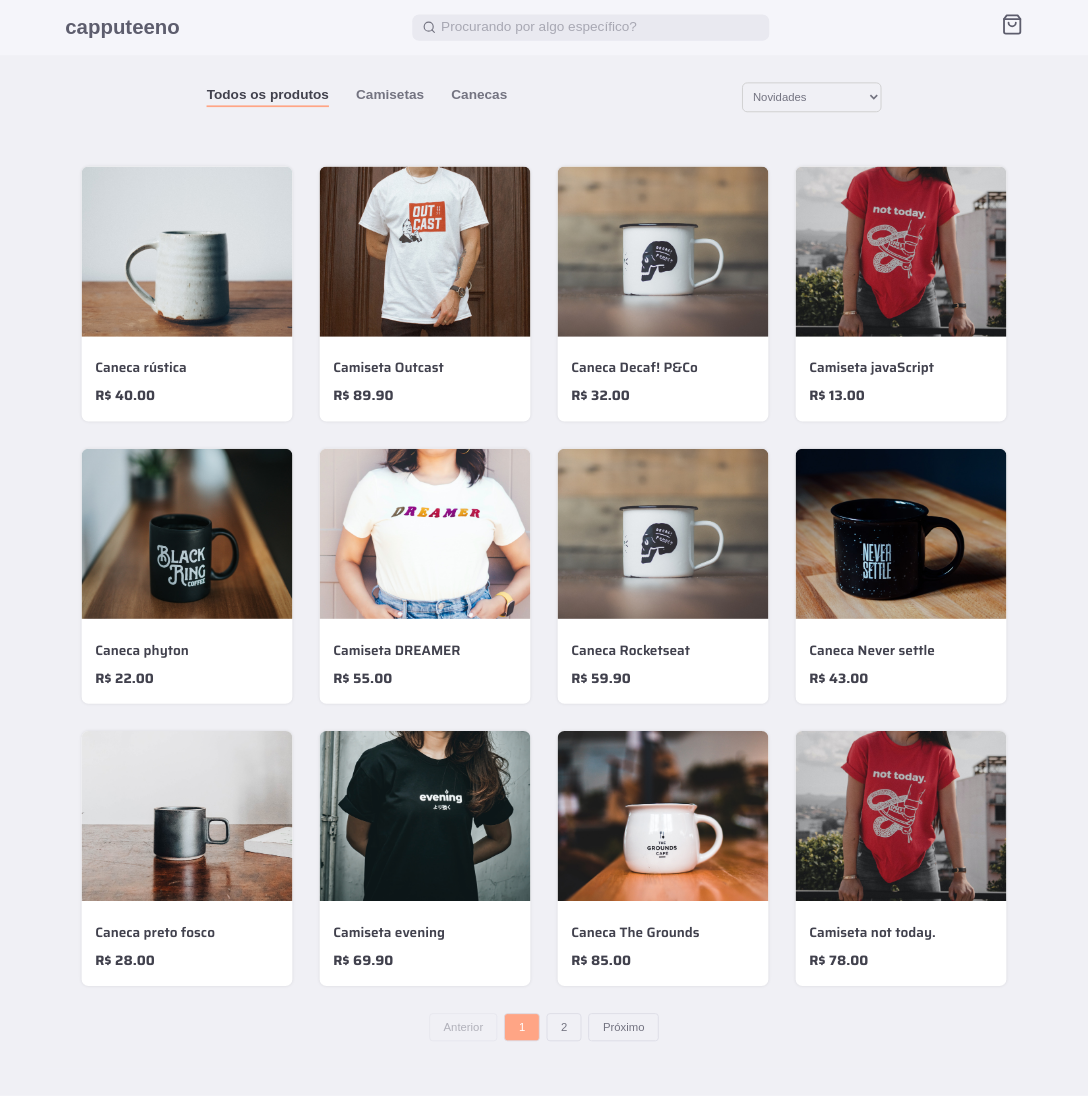
Repository: Biel-barbosa/capputeenoecomerce
Page: /
The author's editor kept a copy of each file at every save. The page is drawn from the files as they stood at one save, then again after the next save.
The browser window is 1280 px wide. The pictures show the whole page, at 85% of full size.
Some web fonts or font styles are not loaded; a fallback is used. The project was rebuilt for these pictures with package versions that can differ from the ones it lists, and the page was loaded fresh each time. The framework's server and built-in components were replaced by stand-ins that run in the browser. Also part of the build but not shown: next.config.ts.

Above is the page before, as saved 2025-04-25 15:59:49.

After the next save:
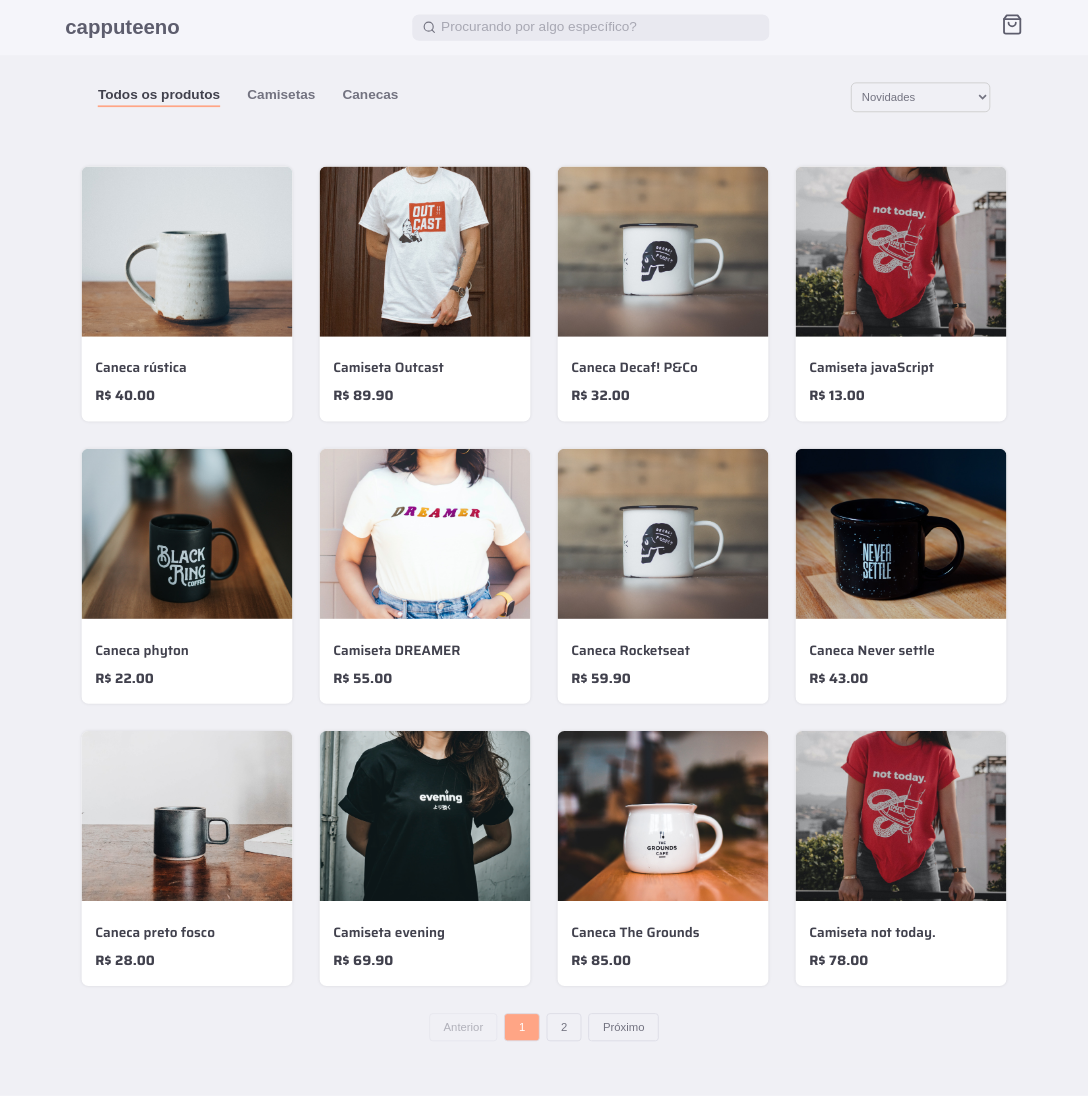
Saved 7 s later.
--- a/src/app/page.tsx
+++ b/src/app/page.tsx
@@ -32,7 +32,7 @@ const FiltersWrapper = styled.div`
   align-items: center;
   flex-wrap: wrap;
   margin-bottom: 2rem;
-  padding: 0rem 12rem;
+  padding: 0rem 4rem;
 
   @media (max-width: 768px) {
     flex-direction: column;
